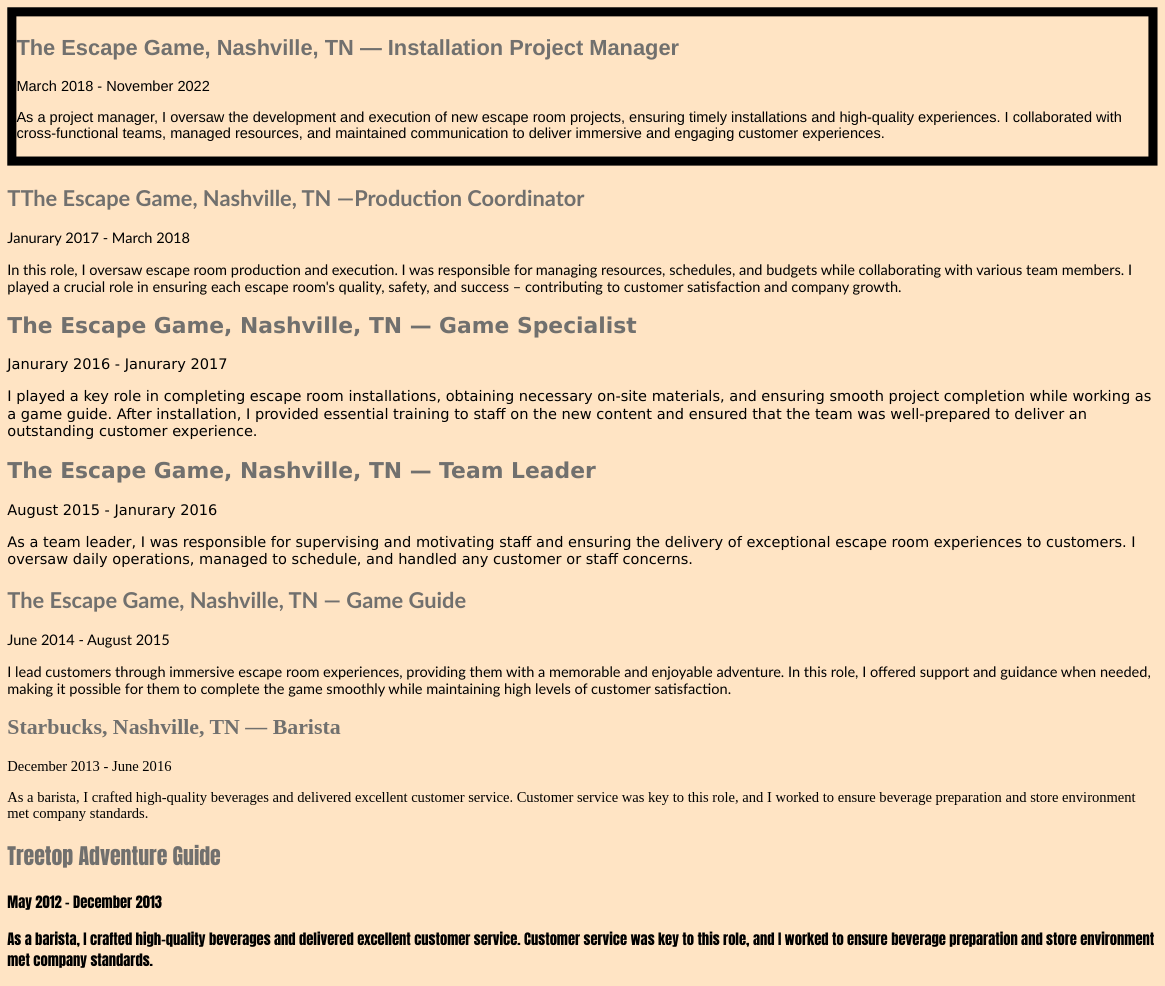
Repository: jgramirez0210/LAB-HTML-Resume
Page: index.html
These files come from the project's save history. The page is drawn as it stood at one moment and after a run of saves; the edit follows.
The browser window is 1280 px wide. The pictures show the whole page, at 91% of full size.

Above is the page before, as saved 2023-10-10 15:35:23.

### index.html
<!DOCTYPE html>
<html lang="en">
<head>
  <meta charset="UTF-8">
  <meta name="viewport" content="width=device-width, initial-scale=1.0">
  <title>Jesse's Work Experience</title>
  <link rel="stylesheet" href="main.css">
</head>
<body>
  <article id="job7">
    <h2>The Escape Game, Nashville, TN — Installation Project Manager </h2>
    <time datetime="2018-03" >March 2018</time> - <time datetime="2022-10" >November 2022</time></time>
    <p>As a project manager, I oversaw the development and execution of new escape room projects, ensuring timely installations and high-quality experiences. I collaborated with cross-functional teams, managed resources, and maintained communication to deliver immersive and engaging customer experiences.</p>
  </article>
  <article id="job6">
    <h2>TThe Escape Game, Nashville, TN —Production Coordinator</h2>
    <time datetime="2017-01" >Janurary 2017</time> - <time datetime="2018-3" >March 2018</time></time>
    <p>In this role, I oversaw escape room production and execution. I was responsible for managing resources, schedules, and budgets while collaborating with various team members. I played a crucial role in ensuring each escape room's quality, safety, and success – contributing to customer satisfaction and company growth.
    </p>
  </article>
  <article id="job5">
    <h2>The Escape Game, Nashville, TN — Game Specialist</h2>
    <time datetime="2016-01" >Janurary 2016</time> - <time datetime="2017-01" >Janurary 2017</time></time>
    <p>I played a key role in completing escape room installations, obtaining necessary on-site materials, and ensuring smooth project completion while working as a game guide. After installation, I provided essential training to staff on the new content and ensured that the team was well-prepared to deliver an outstanding customer experience.
    </p>
  </article>
  <article id="job4">
    <h2>The Escape Game, Nashville, TN — Team Leader</h2>
    <time datetime="2015-0" >August 2015</time> - <time datetime="2016-01" >Janurary 2016</time></time>
    <p>As a team leader, I was responsible for supervising and motivating staff and ensuring the delivery of exceptional escape room experiences to customers. I oversaw daily operations, managed to schedule, and handled any customer or staff concerns.
    </p>
  </article>
  <article id="job3">
    <h2>The Escape Game, Nashville, TN — Game Guide</h2>
    <time datetime="2014-06" >June 2014</time> - <time datetime="2015-08" >August 2015</time></time>
    <p>I lead customers through immersive escape room experiences, providing them with a memorable and enjoyable adventure. In this role, I offered support and guidance when needed, making it possible for them to complete the game smoothly while maintaining high levels of customer satisfaction.
    </p>
  </article>
  <article id="job2">
    <h2>Starbucks, Nashville, TN — Barista</h2>
    <time datetime="2013-12" >December 2013</time> - <time datetime="2014-06" >June 2016</time></time>
    <p>As a barista, I crafted high-quality beverages and delivered excellent customer service. Customer service was key to this role, and I worked to ensure beverage preparation and store environment met company standards.
    </p>
  </article>
  <article id="job1">
    <h2>Treetop Adventure Guide</h2>
    <time datetime="2012-05" >May 2012</time> - <time datetime="2013-12" >December 2013</time></time>
    <p>As a barista, I crafted high-quality beverages and delivered excellent customer service. Customer service was key to this role, and I worked to ensure beverage preparation and store environment met company standards.
    </p>
  </article>
  <script src="main.js"></script>
</body>
</html>

### main.css
#job7 {
  font-family:'Franklin Gothic Medium', 'Arial Narrow', Arial, sans-serif;
  border: 10px solid black;
}
#job6 {
  font-family:'Gill Sans', 'Gill Sans MT', Calibri, 'Trebuchet MS', sans-serif;
  border
}
#job5 {
  font-family:'Lucida Sans', 'Lucida Sans Regular', 'Lucida Grande', 'Lucida Sans Unicode', Geneva, Verdana, sans-serif;
}
#job4 {
  font-family:Verdana, Geneva, Tahoma, sans-serif;
}
#job3 {
  font-family:'Trebuchet MS', 'Lucida Sans Unicode', 'Lucida Grande', 'Lucida Sans', Arial, sans-serif;
}
#job2 {
  font-family:'Times New Roman', Times, serif;
}
#job1 {
  font-family:Impact, Haettenschweiler, 'Arial Narrow Bold', sans-serif
}
h2 {
  color: #71706e;
}
body {
background-color: bisque;
}

Loaded but not shown: main.js (no stored copy; drawn as an empty file)

After the next 4 saves:
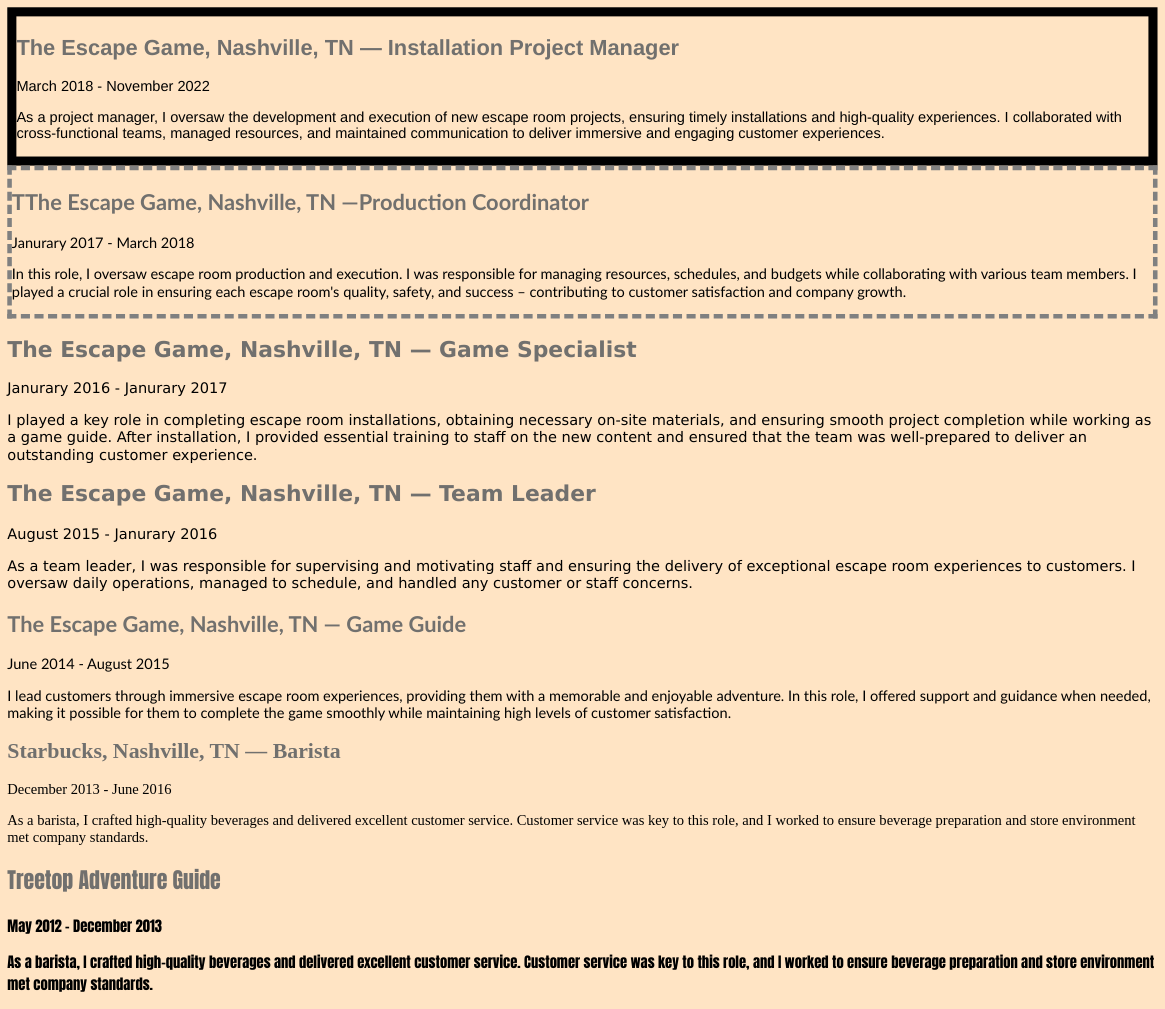
The 4 saves are shown as one change because they came seconds apart.
The last was saved 13 s later.
--- a/main.css
+++ b/main.css
@@ -4,7 +4,7 @@
 }
 #job6 {
   font-family:'Gill Sans', 'Gill Sans MT', Calibri, 'Trebuchet MS', sans-serif;
-  border
+  border: 5px dashed gray;
 }
 #job5 {
   font-family:'Lucida Sans', 'Lucida Sans Regular', 'Lucida Grande', 'Lucida Sans Unicode', Geneva, Verdana, sans-serif;
